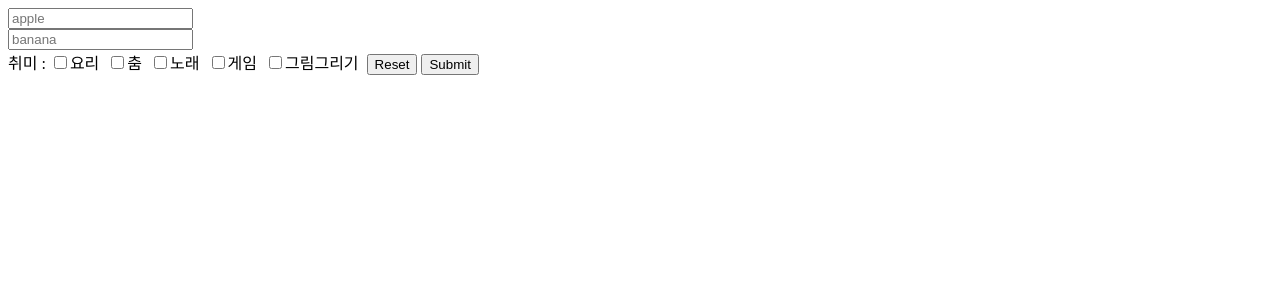
Repository: lee-ruru/jsp_practice
Page: http://localhost/JSPBasic/JspObject/1.requests/req_param_send.jsp
The author's editor kept a copy of each file at every save. The page is drawn from the files as they stood at one save, then again after the next save.
The browser window is 1280 px wide. The pictures show the whole page.
The page is served by Tomcat 9.

Above is the page before, as saved 2022-02-03 06:28:30.

After the next save:
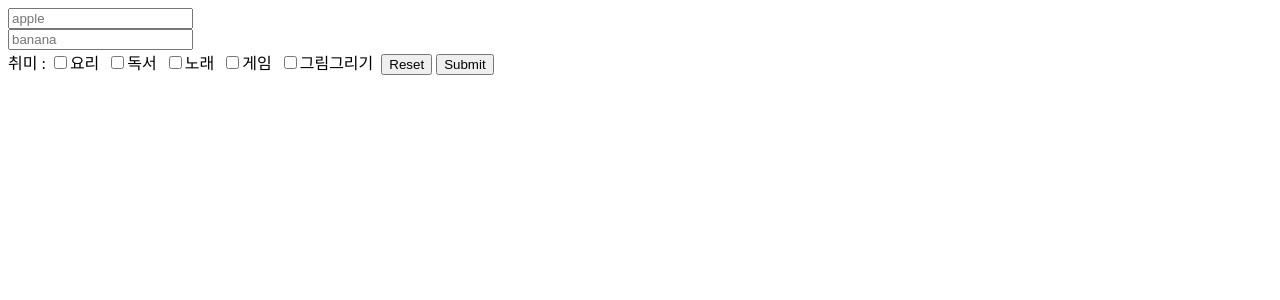
Saved 20 s later.
--- a/JSPBasic/src/main/webapp/JspObject/1.requests/req_param_send.jsp
+++ b/JSPBasic/src/main/webapp/JspObject/1.requests/req_param_send.jsp
@@ -21,7 +21,7 @@
 
 		취미 :
 		<input type = "checkbox" name="habby" value="요리" >요리&nbsp;
-		<input type = "checkbox" name="habby" value="춤" >춤&nbsp;
+		<input type = "checkbox" name="habby" value="독서" >독서&nbsp;
 		<input type = "checkbox" name="habby" value="노래" >노래&nbsp;
 		<input type = "checkbox" name="habby" value="게임" >게임&nbsp;
 		<input type = "checkbox" name="habby" value="그림그리기" >그림그리기&nbsp;
